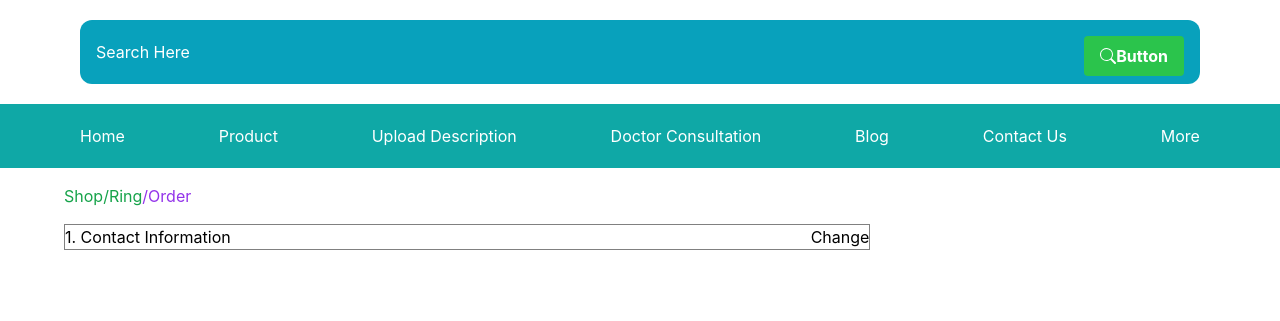
Repository: arafatmollah/form-pharma
Page: /
The author's editor kept a copy of each file at every save. The page is drawn from the files as they stood at one save, then again after a run of saves.
The browser window is 1280 px wide. The pictures show the whole page.
The project was rebuilt for these pictures with package versions that can differ from the ones it lists, and the page was loaded fresh each time.

Above is the page before, as saved 2023-03-14 23:42:00.

After the next 2 saves:
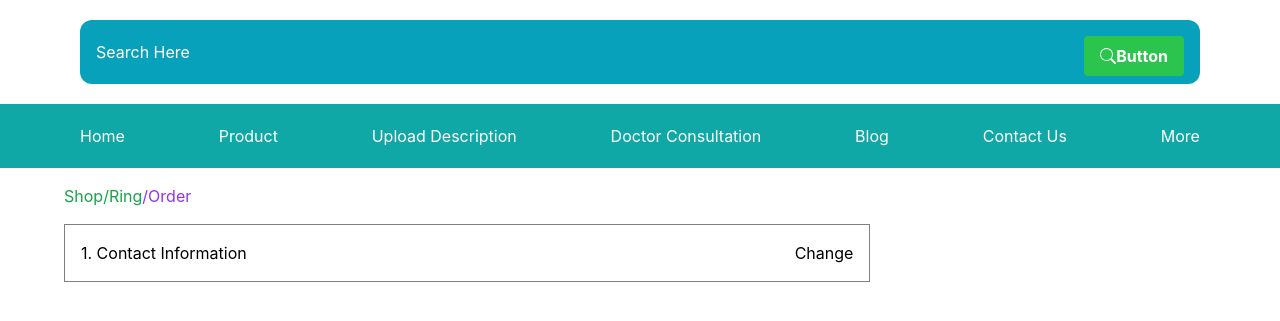
The 2 saves are shown as one change because they came seconds apart.
The last was saved 14 s later.
--- a/src/Form.js
+++ b/src/Form.js
@@ -9,7 +9,7 @@ function form() {
                 <p className='text-green-600'> /Ring</p>
                 <p className='text-purple-600'>/Order</p>
             </div>
-            <div className='info flex justify-between'>
+            <div className='info p-4 flex justify-between'>
               <p>1. Contact Information</p>
               <p>Change </p>
             </div>
